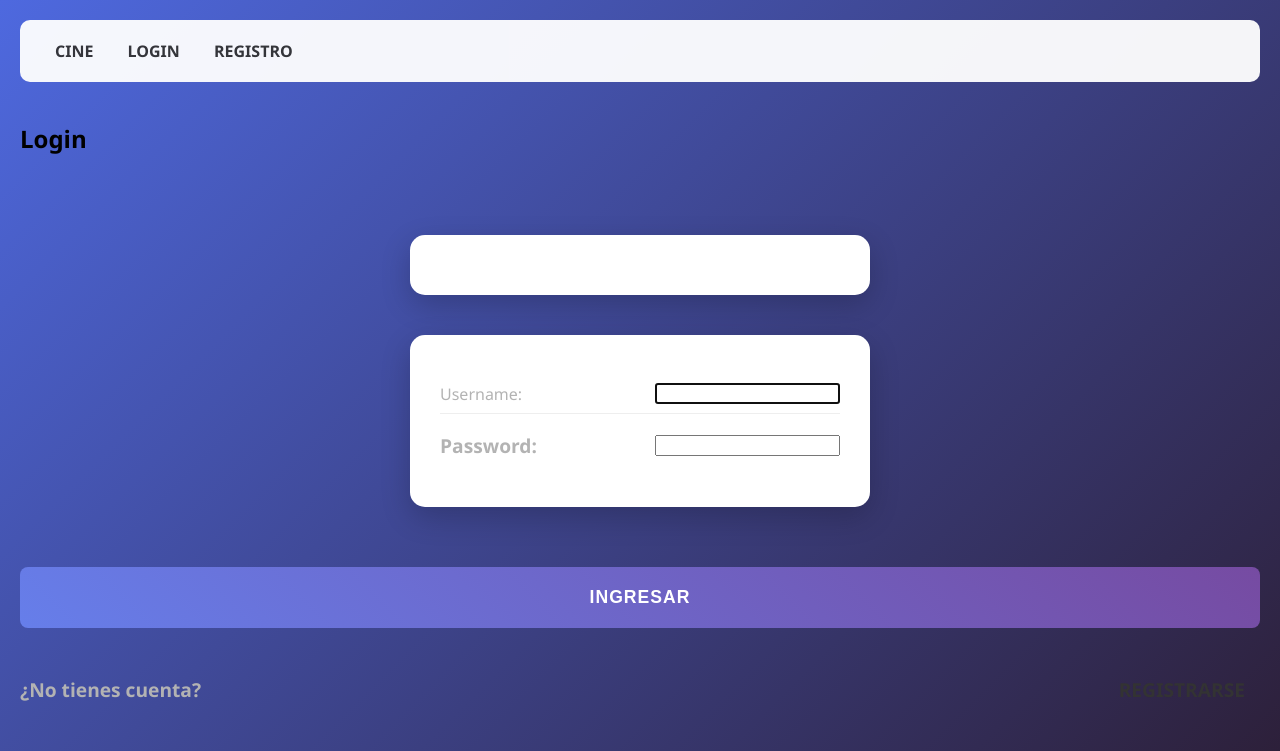
Repository: RoyScc/Practico-Django
Page: http://localhost/login/
The author's editor kept a copy of each file at every save. The page is drawn from the files as they stood at one save, then again after the next save.
The browser window is 1280 px wide. The pictures show the whole page.
The page is served by the project's application, run on Django 5.2 (manage.py). Other server files are loaded and not shown.

Above is the page before, as saved 2026-05-27 08:57:00.

### tickets/templates/tickets/login.html
{% extends 'tickets/base.html' %}

{% block body %}

<h2>Login</h2>

<form method="POST">
    <div class="login-container">
        {% csrf_token %}
    </div>
    <div class="login-container">
        {{ form.as_p }}
    </div>



    <button type="submit">Ingresar</button>
</form>

<p>
    ¿No tienes cuenta?
    <a href="{% url 'register' %}">Registrarse</a>
</p>

{% endblock %}

### tickets/templates/tickets/base.html
{% load static %}

<!DOCTYPE html>
<html lang="en">
<head>
    <meta charset="UTF-8">
    <meta name="viewport" content="width=device-width, initial-scale=1.0">

    <link rel="stylesheet" href="{% static 'tickets/styles.css' %}">

    <!-- ICONO -->
    <link rel="icon" href="{% static 'tickets/images/cine.png' %}" type="image/png">

    <title>{% block title %} Tickets {% endblock %}</title>
</head>

<body>

    <nav class="navbar2">

        {% if request.resolver_match.url_name == 'cine' %}
            <a href="{% url 'lista_metodos' %}">
                Metodos
            </a>
        {% endif %}

        <a href="{% url 'cine' %}">
            Cine
        </a>

        {% if request.resolver_match.url_name == 'lista_metodos' %}
            <a href="{% url 'crear_metodo_pago' %}">
                Crear método de pago
            </a>
        {% endif %}

        <!-- LOGIN / LOGOUT -->

        {% if user.is_authenticated %}
            <a href="{% url 'logout' %}">
                Cerrar sesión
            </a>

        {% else %}

            <a href="{% url 'login' %}">
                Login
            </a>

            <a href="{% url 'register' %}">
                Registro
            </a>

        {% endif %}

    </nav>

    {% block body %}{% endblock %}

</body>
</html>

### tickets/views.py
from django.shortcuts import render, redirect
from .models import Tickets, MetodoPago
from .forms import MetodoPagoForm
from django.contrib.auth import login, logout
from django.contrib.auth.forms import AuthenticationForm
from django.contrib.auth import authenticate
from .forms import RegistroForm

# Create your views here.

# def index(request):
#     tickets = Tickets.objects.filter(tipo="cine")
#     return render(request, 'tickets/index.html', {'tickets': tickets})

def cine(request):
    tickets = Tickets.objects.filter(tipo__icontains="cine")
    return render(request, 'tickets/cine.html', {'tickets': tickets})

def tickets(request):
    todos_los_tickets = Tickets.objects.all()
    return render(request, 'tickets/todos_los_tickets.html', {'tickets': todos_los_tickets})

def crear_metodo_pago(request):
    if request.method == 'POST':
        form = MetodoPagoForm(request.POST)
        if form.is_valid():
            form.save()
            return redirect('lista_metodos')
    else:
        form = MetodoPagoForm()
    return render(request, 'tickets/crear_metodo_pago.html', {'form': form})

from django.shortcuts import get_object_or_404

def lista_metodos_pago(request):
    metodos = MetodoPago.objects.all()
    return render(request, 'tickets/lista_metodos.html', {'metodos': metodos})

def editar_metodo(request, id):
    metodo = get_object_or_404(MetodoPago, id=id)
    if request.method == 'POST':
        form = MetodoPagoForm(request.POST, instance=metodo)
        if form.is_valid():
            form.save()
            return redirect('lista_metodos')
    else:
        form = MetodoPagoForm(instance=metodo)
    return render(request, 'tickets/crear_metodo_pago.html', {'form': form})

def borrar_metodo(request, id):
    metodo = get_object_or_404(MetodoPago, id=id)
    if request.method == 'POST':
        metodo.delete()
        return redirect('lista_metodos')
    return render(request, 'tickets/borrar_metodo.html', {'metodo': metodo})

#Registro de usuarios
def register_view(request):
    if request.method == 'POST':
        form = RegistroForm(request.POST)

        if form.is_valid():
            user = form.save()
            login(request, user)
            return redirect('index')

    else:
        form = RegistroForm()

    return render(request, 'tickets/register.html', {
        'form': form
    })


#Login de usuarios
def login_view(request):

    if request.method == 'POST':
        form = AuthenticationForm(data=request.POST)

        if form.is_valid():
            user = form.get_user()
            login(request, user)
            return redirect('index')

    else:
        form = AuthenticationForm()

    return render(request, 'tickets/login.html', {
        'form': form
    })


# LOGOUT
def logout_view(request):
    logout(request)
    return redirect('login')

### TicketERA/urls.py
"""
URL configuration for TicketERA project.

The `urlpatterns` list routes URLs to views. For more information please see:
    https://docs.djangoproject.com/en/6.0/topics/http/urls/
Examples:
Function views
    1. Add an import:  from my_app import views
    2. Add a URL to urlpatterns:  path('', views.home, name='home')
Class-based views
    1. Add an import:  from other_app.views import Home
    2. Add a URL to urlpatterns:  path('', Home.as_view(), name='home')
Including another URLconf
    1. Import the include() function: from django.urls import include, path
    2. Add a URL to urlpatterns:  path('blog/', include('blog.urls'))
"""
from django.contrib import admin
from django.urls import path, include

urlpatterns = [
    path('admin/', admin.site.urls),
    path('', include("tickets.urls"))
]

### tickets/urls.py
from django.urls import path, include

from . import views

urlpatterns = [
    #path('', views.index, name="index"),
    path('cine/', views.cine, name="cine"),
    path('tickets/', views.tickets, name="tickets"),
    path('metodos/', views.lista_metodos_pago, name="lista_metodos"),
    path('metodos/crear', views.crear_metodo_pago, name="crear_metodo_pago"),
    path('metodos/editar/<int:id>/', views.editar_metodo, name="editar_metodo"),
    path('metodos/borrar/<int:id>/', views.borrar_metodo, name="borrar_metodo"),
    path('login/', views.login_view, name='login'),
    path('register/', views.register_view, name='register'),
    path('logout/', views.logout_view, name='logout'),
]

### tickets/static/tickets/styles.css
/* Estilos generales para la página */
body {
    font-family: 'Segoe UI', Tahoma, sans-serif;
    background: linear-gradient(135deg, #4e69df 0%, #2d203a 100%);
    min-height: 100vh;
    margin: 0;
    padding: 20px;
    gap: 20px;
    display: flex;
    flex-direction: column;
    box-sizing: border-box;
    flex: 1;
}

nav{
    justify-content: space-around;
    background: white;
    opacity: 0.95;
    margin: 0;
    padding: 10px 20px;
    border-radius: 10px;

}

.navbar {
    display: flex;
    justify-content: flex-end;
    align-items: center;
}

a {
    display: inline-block;
    color: #333;
    text-decoration: none;
    font-weight: bold;
    padding: 10px 15px;
    border-radius: 5px;
    transition: background 0.3s ease;
    text-transform: uppercase;
    /*background: #686666;*/
}

a:hover {
    background: #667eea;
    color: white;
}


h1, h4 {
    color: white;
    text-align: center;
    margin-bottom: 30px;
    text-shadow: 2px 2px 4px rgba(0,0,0,0.3);
}

h1 {
    font-size: 2.5rem;
    margin-bottom: 10px;
}

h4 {
    font-size: 1.2rem;
    opacity: 0.9;
}

.cartelera {
    display: flex;
    flex-wrap: wrap;
    justify-content: center;
    gap: 40px;
    padding: 30px;
}
.ticket-item {
    background: white;
    border-radius: 15px;
    padding: 20px;

    display: flex;
    flex-direction: column;
    justify-content: space-between;

    width: 320px;
    min-height: 500px;

    box-shadow: 0 10px 30px rgba(0,0,0,0.2);

    transition: transform 0.3s ease;
}

.ticket-item2 {
    background: white;
    border-radius: 15px;
    padding: 20px;

    display: flex;
    flex-direction: column;
    justify-content: space-between;

    width: 320px;

    box-shadow: 0 10px 30px rgba(0,0,0,0.2);

    transition: transform 0.3s ease;
}

.ticket-item:hover {
    transform: translateY(-5px);
}

.ticket-item a {
    display: inline-block;
    margin-top: 10px;
}

.form {
    display: block;
    margin-top: 0em;
    unicode-bidi: isolate;
}

/* Tablet
@media (max-width: 768px) {
    .cartelera {
        gap: 15px;
        padding: 15px;
    }
}*/

/* Mobile
@media (max-width: 480px) {
    .cartelera {
        gap: 10px;
        padding: 10px;
    }

    .ticket-item {
        width: 100%;
        max-width: 300px;
    }
}*/

h3 {
    color: #fdfdfd;
    font-size: 1.5rem;
    margin-bottom: 20px;
    text-align: center;
    border-bottom: 3px solid #667eea;
    padding-bottom: 10px;
}

.h3 {
    color: #000000;
    font-size: 1.5rem;
    margin-bottom: 20px;
    text-align: center;
    border-bottom: 3px solid #667eea;
    padding-bottom: 10px;
}

p {
    color: #b3b3b3;
    font-size: 1rem;
    margin: 10px 0;
    padding: 8px 0;
    border-bottom: 1px solid #eee;
    display: flex;
    justify-content: space-between;
    align-items: center;
}

p:last-of-type {
    border-bottom: none;
    font-weight: bold;

    font-size: 1.2rem;
}

.pcartelera {
    color: #070202;
    font-size: 1rem;
    margin: 10px 0;
    padding: 8px 0;
    border-bottom: 1px solid #eee;
    display: flex;
    justify-content: space-between;
    align-items: center;
}

button {
    width: 100%;
    background: linear-gradient(45deg, #667eea, #764ba2);
    color: white;
    border: none;
    padding: 20px 20px;
    font-size: 1.1rem;
    font-weight: bold;
    border-radius: 8px;
    cursor: pointer;
    margin-top: 20px;
    transition: all 0.3s ease;
    text-transform: uppercase;
    letter-spacing: 1px;
}

button:hover {
    background: linear-gradient(45deg, #5a6fd8, #6a4190);
    transform: scale(1.05);
    box-shadow: 0 5px 15px rgba(102, 126, 234, 0.4);
}

.button {
    width: 100%;
    background: linear-gradient(45deg, #667eea, #764ba2);
    color: white;
    border: none;
    padding: 20px 5px;
    font-size: 1.1rem;
    font-weight: bold;
    border-radius: 8px;
    text-align: center;
    cursor: pointer;
    margin-top: 10px;
    transition: all 0.3s ease;
    text-transform: uppercase;
    letter-spacing: 1px;
}

.button:hover {
    background: linear-gradient(45deg, #5a6fd8, #6a4190);
    transform: scale(1.05);
    box-shadow: 0 5px 15px rgba(102, 126, 234, 0.4);
}


.ticket {
    margin-bottom: 20px;
    padding: 20px;
    border-radius: 10px;
    box-shadow: 0 5px 15px rgba(0,0,0,0.1);
    space
}

button:active {
    transform: scale(0.98);
}

.fecha-icon::before {
content: '📅 ';
margin-right: 8px;
font-weight: bold;
}

.ubicacion-icon::before {
    content: '📍';
    margin-right: 8px;
    font-weight: bold;
}

.precio-icon::before {
    content: '💵 ';
    margin-right: 8px;
    font-weight: bold;
}

/* Estilos para la sección de Login y Register */
.login-container {
    max-width: 400px;
    margin: 40px auto;
    background: white;
    padding: 30px;
    border-radius: 15px;
    box-shadow: 0 10px 30px rgba(0,0,0,0.2);
}

/*
.carousel {
    display: flex;
    gap: 20px;
    overflow-x: auto;
    padding: 20px;
    scroll-behavior: smooth;
}

.carousel::-webkit-scrollbar {
    height: 10px;
}

.carousel::-webkit-scrollbar-thumb {
    background: #667eea;
    border-radius: 10px;
}

.ticket-item {
    min-width: 250px;
    background: white;
    border-radius: 15px;
    padding: 15px;
    flex-shrink: 0;
    box-shadow: 0 4px 10px rgba(0,0,0,0.1);
    text-align: center;
}

.ticket-img {
    width: 100%;
    height: 300px;
    object-fit: cover;
    border-radius: 10px;
}

.ticket-empty {
    text-align: center;
    padding: 50px;
}*/

After the next save:
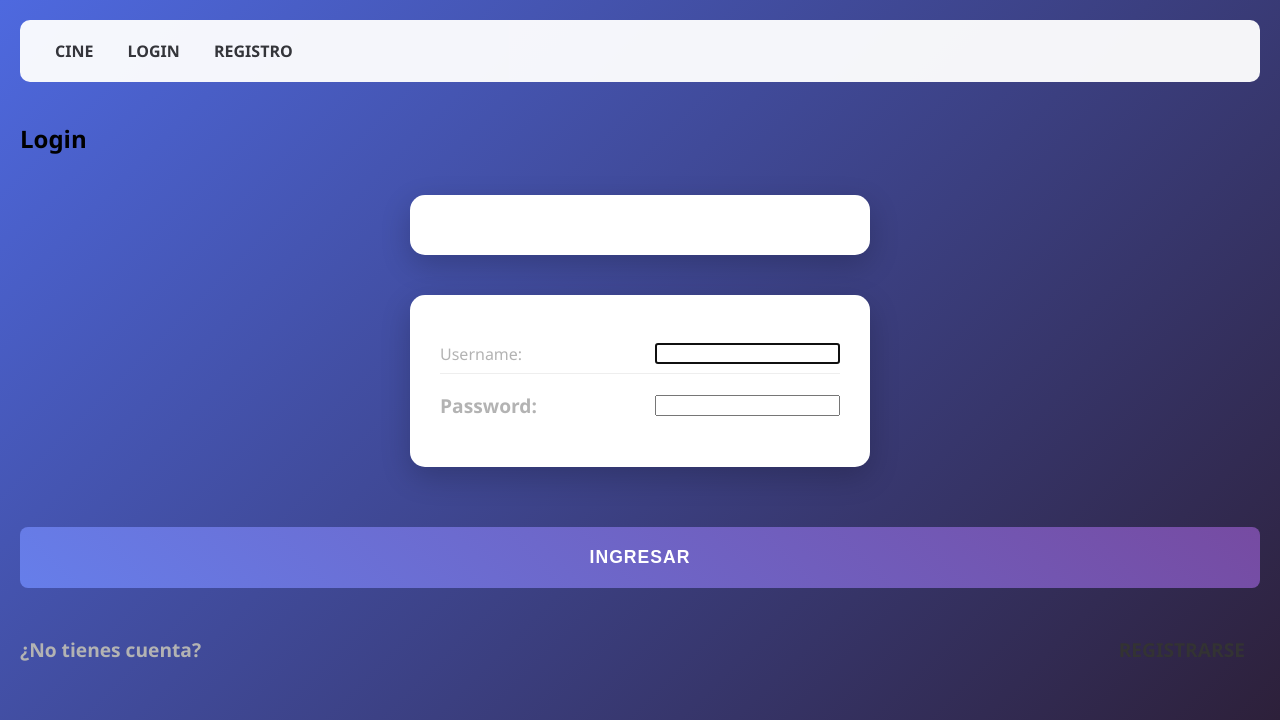
Saved 30 s later.
--- a/tickets/templates/tickets/login.html
+++ b/tickets/templates/tickets/login.html
@@ -2,9 +2,10 @@
 
 {% block body %}
 
-<h2>Login</h2>
+
 
 <form method="POST">
+    <h2>Login</h2>
     <div class="login-container">
         {% csrf_token %}
     </div>
